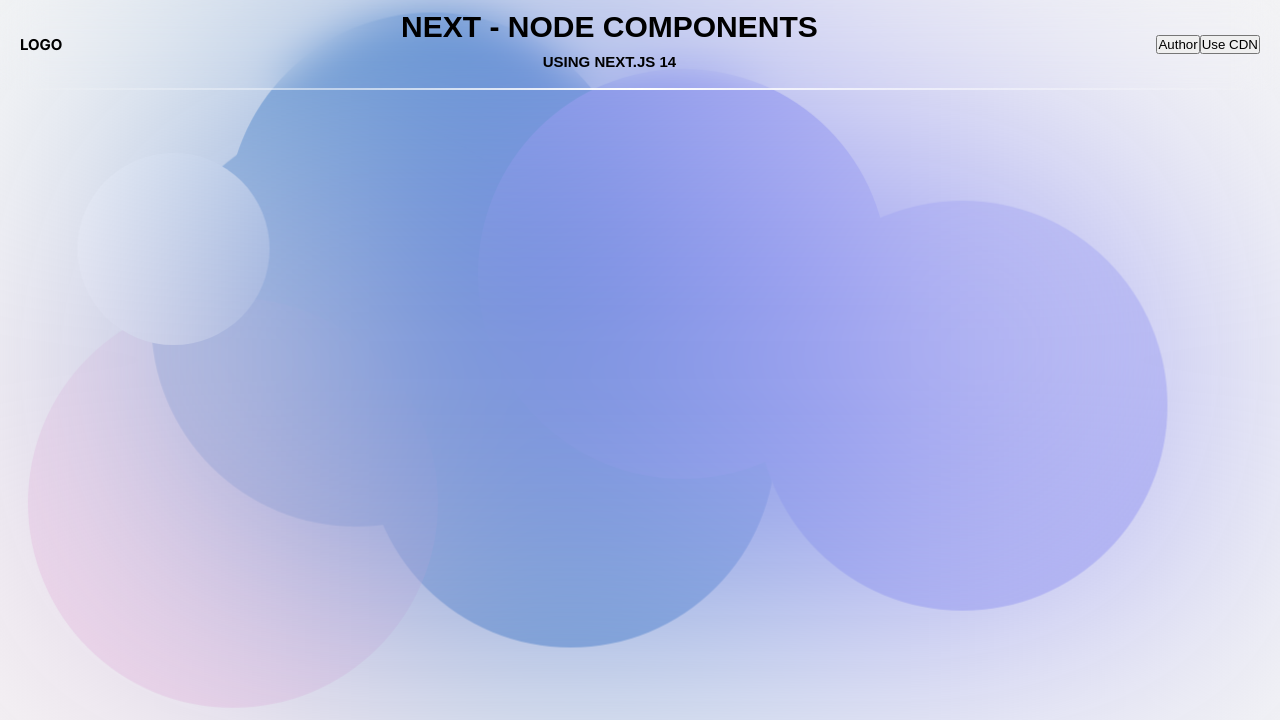
Repository: keval-gohil/komponents
Page: /
An editor plug-in stored every save of this project. The page is shown before and after the next save, followed by the edit.
The browser window is 1280 px wide. The pictures show the whole page.
Some web fonts or font styles are not loaded; a fallback is used. The project was rebuilt for these pictures with package versions that can differ from the ones it lists, and the page was loaded fresh each time. The framework's server and built-in components were replaced by stand-ins that run in the browser. Also part of the build but not shown: next.config.mjs.

Above is the page before, as saved 2024-03-07 12:27:53.

### app/layout.js
import { Inter } from "next/font/google";
import "./globals.css";

const inter = Inter({ subsets: ["latin"] });

export const metadata = {
  title: "Komponents | Next-Node",
  description: "Generated by create next app",
};

export default function RootLayout({ children }) {
  return (
    <html lang="en" suppressHydrationWarning={true}>
      <body className={inter.className}>{children}</body>
    </html>
  );
}

### app/page.js
import Background from '@/components/reuse/background'
import Header from '@/components/reuse/header'
import React from 'react'

const page = () => {
  return (
    <>
      <Background />
      <Header />
    </>
  )
}

export default page

### app/globals.css

*,
*:before,
*:after {
	padding: 0;
	margin: 0;
	box-sizing: border-box;
	-webkit-tap-highlight-color: transparent;
}

html {
	scroll-behavior: smooth;
	font-size: 10px;
}

body {
	width: 100%;
	height: 100%;
	overflow-x: hidden;
	background-color: whitesmoke;
}

.bouncing-blob {
	width: 32vw;
	aspect-ratio: 1;
	border-radius: 50%;
	will-change: transform;
	position: absolute;
	z-index: 1;
	top: 0;
	left: 0;
	transform-origin: left top;
  }

  .bouncing-blob--blue {
	background: #4783c7;
  }

  .bouncing-blob--white {
	background: #ffffff;
	z-index: 2;
	width: 15vw;
  }

  .bouncing-blob--purple {
	background: #8c8ff1;
  }

  .bouncing-blob--pink {
	background: #e289cd50;
  }

  .bouncing-blobs-container {
	position: fixed;
	z-index: -1;
	top: 0;
	left: 0;
	width: 100%;
	height: 100%;
  }

  .bouncing-blobs-glass {
	position: absolute;
	z-index: 2;
	top: 0;
	left: 0;
	width: 100%;
	height: 100%;
	backdrop-filter: blur(140px);
	-webkit-backdrop-filter: blur(140px);
	pointer-events: none;
  }

  .bouncing-blobs {
	position: absolute;
	z-index: 1;
	top: 0;
	left: 0;
	width: 100%;
	height: 100%;
  }

  .main-content {
	display: flex;
	flex-direction: column;
	justify-content: center;
	align-items: center;
	width: 100%;
  }




  @media (max-width: 1200px) {
	.bouncing-blobs-glass {
	  backdrop-filter: blur(120px);
	  -webkit-backdrop-filter: blur(120px);
	}
  }

  @media (max-width: 500px) {
	.bouncing-blob {
	  width: 60vw;
	}
	.bouncing-blob--white {
	  width: 30vw;
	}
	.bouncing-blobs-glass {
	  backdrop-filter: blur(90px);
	  -webkit-backdrop-filter: blur(90px);
	}

  }

### components/reuse/background.js
'use client'
import React, { useEffect } from 'react';

const MIN_SPEED = 1.5;
const MAX_SPEED = 2.5;

function randomNumber(min, max) {
  return Math.random() * (max - min) + min;
}

class Blob {
  constructor(el) {
    this.el = el;
    const boundingRect = this.el.getBoundingClientRect();
    this.size = boundingRect.width;
    this.initialX = randomNumber(0, window.innerWidth - this.size);
    this.initialY = randomNumber(0, window.innerHeight - this.size);
    this.el.style.top = `${this.initialY}px`;
    this.el.style.left = `${this.initialX}px`;
    this.vx =
      randomNumber(MIN_SPEED, MAX_SPEED) * (Math.random() > 0.5 ? 1 : -1);
    this.vy =
      randomNumber(MIN_SPEED, MAX_SPEED) * (Math.random() > 0.5 ? 1 : -1);
    this.x = this.initialX;
    this.y = this.initialY;
  }

  update() {
    this.x += this.vx;
    this.y += this.vy;
    if (this.x >= window.innerWidth - this.size) {
      this.x = window.innerWidth - this.size;
      this.vx *= -1;
    }
    if (this.y >= window.innerHeight - this.size) {
      this.y = window.innerHeight - this.size;
      this.vy *= -1;
    }
    if (this.x <= 0) {
      this.x = 0;
      this.vx *= -1;
    }
    if (this.y <= 0) {
      this.y = 0;
      this.vy *= -1;
    }
  }

  move() {
    this.el.style.transform = `translate(${this.x - this.initialX}px, ${
      this.y - this.initialY
    }px)`;
  }
}

function Background() {
  useEffect(() => {
    const blobEls = document.querySelectorAll('.bouncing-blob');
    const blobs = Array.from(blobEls).map((blobEl) => new Blob(blobEl));

    function update() {
      requestAnimationFrame(update);
      blobs.forEach((blob) => {
        blob.update();
        blob.move();
      });
    }

    requestAnimationFrame(update);

    return () => cancelAnimationFrame(update);
  }, []);

  return (
    <div className="bouncing-blobs-container">
      <div className="bouncing-blobs-glass"></div>
      <div className="bouncing-blobs">
        <div className="bouncing-blob bouncing-blob--blue"></div>
        <div className="bouncing-blob bouncing-blob--blue"></div>
        <div className="bouncing-blob bouncing-blob--blue"></div>
        <div className="bouncing-blob bouncing-blob--white"></div>
        <div className="bouncing-blob bouncing-blob--purple"></div>
        <div className="bouncing-blob bouncing-blob--purple"></div>
        <div className="bouncing-blob bouncing-blob--pink"></div>
      </div>
    </div>
  );
}

export default Background;

### components/reuse/header.js
import React from 'react'
import Style from '@/components/reuse/styles/style.css'

const Header = () => {
  return (
    <>
        <nav>
            <h1>LOGO</h1>
            <h2>Next - Node Components<span>using Next.js 14</span></h2>
            <div>
              <button>Author</button>
              <button>Use CDN</button>
            </div>
        </nav>
    </>
  )
}

export default Header

### components/reuse/styles/style.css
@import url('https://fonts.googleapis.com/css2?family=Anta&display=swap');


nav {
    display: flex;
    justify-content: space-between;
    align-items: center;
    background: transparent;
    backdrop-filter: blur(20px);
    height: 9rem;
    border-bottom: 0.2rem solid transparent;
    border-image: linear-gradient(0.25turn, rgba(56,2,155,0), #fff, rgba(56,2,155,0));
    border-image-slice: 1;
    padding: 0 2rem;
}

nav h2{
    display: flex;
    flex-direction: column;
    text-align: center;
    font-family: "Anta", sans-serif;
    text-transform: uppercase;
    line-height: 3.5rem;
    font-size: 3rem;
}
nav h2 span{
    font-size: 1.5rem;
}

After the next save:
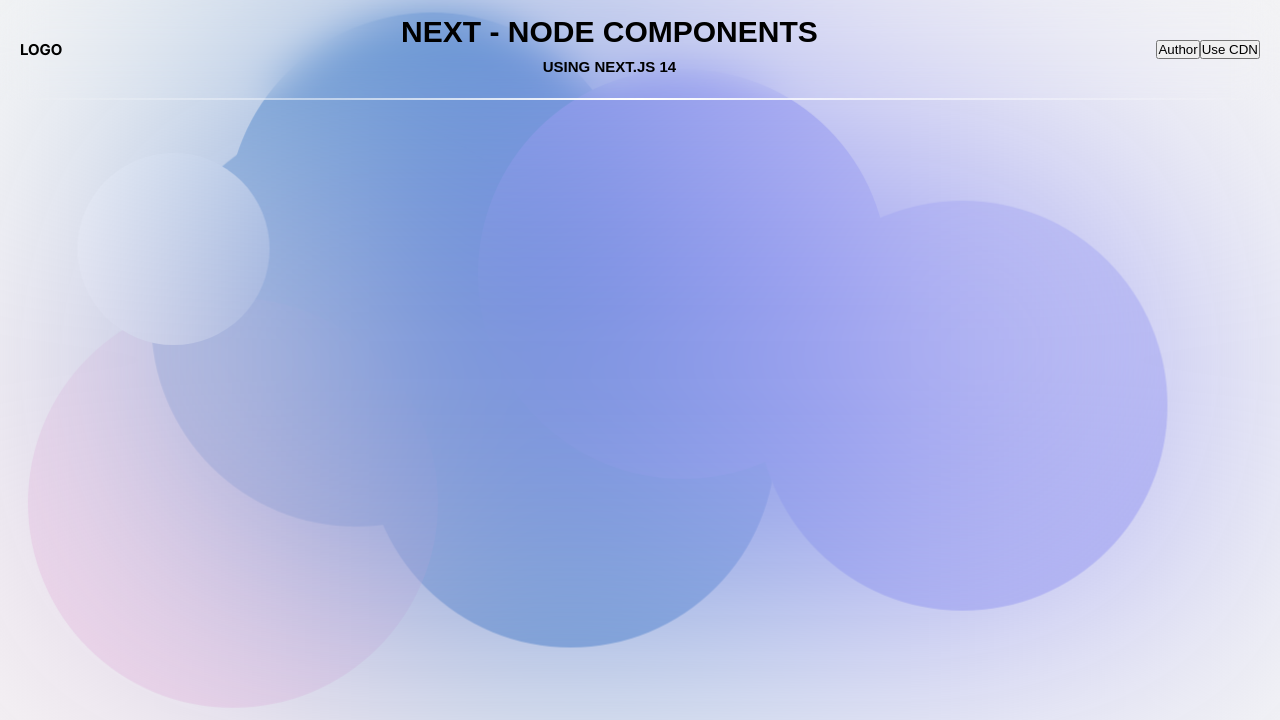
Saved 8 s later.
--- a/components/reuse/styles/style.css
+++ b/components/reuse/styles/style.css
@@ -7,7 +7,7 @@
     align-items: center;
     background: transparent;
     backdrop-filter: blur(20px);
-    height: 9rem;
+    height: 10rem;
     border-bottom: 0.2rem solid transparent;
     border-image: linear-gradient(0.25turn, rgba(56,2,155,0), #fff, rgba(56,2,155,0));
     border-image-slice: 1;
